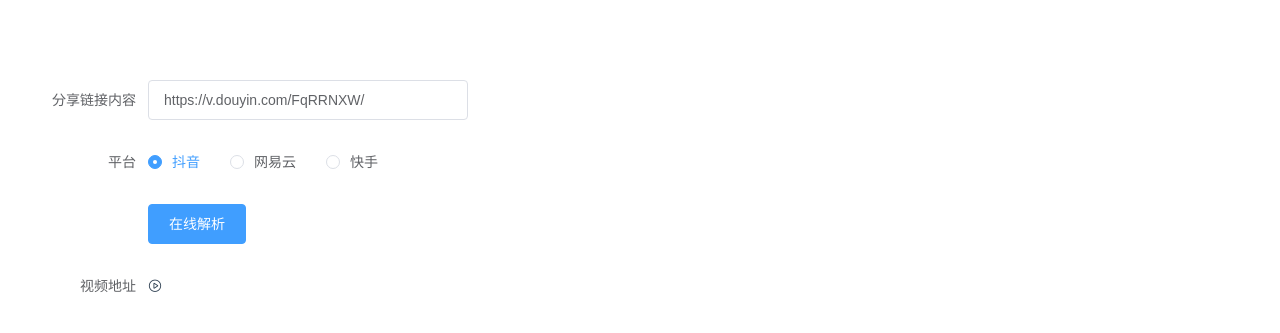
Repository: lyln/freepd
Page: / (app in frontend/freepd/)
An editor plug-in stored every save of this project. The page is shown before and after the next save, followed by the edit.
The browser window is 1280 px wide. The pictures show the whole page.
The project was rebuilt for these pictures with package versions that can differ from the ones it lists, and the page was loaded fresh each time.

Above is the page before, as saved 2022-05-23 08:57:20.

### frontend/freepd/index.html
<!DOCTYPE html>
<html>
  <head>
    <meta charset="utf-8">
    <meta name="viewport" content="width=device-width,initial-scale=1.0">
    <title>freepd</title>
  </head>
  <body>
    <div id="app"></div>
    <!-- built files will be auto injected -->
  </body>
</html>

### frontend/freepd/src/main.js
// The Vue build version to load with the `import` command
// (runtime-only or standalone) has been set in webpack.base.conf with an alias.
import Vue from 'vue'
import App from './App'
import router from './router'
import ElementUI from 'element-ui';
import 'element-ui/lib/theme-chalk/index.css';

Vue.config.productionTip = false
Vue.use(ElementUI)

/* eslint-disable no-new */
new Vue({
  el: '#app',
  router,
  components: { App },
  template: '<App/>'
})

### frontend/freepd/src/App.vue
<template>
	<div id="app">
		<router-view />
	</div>
</template>

<script>
export default {
	name: 'App',
}
</script>

<style>
#app {
	font-family: 'Avenir', Helvetica, Arial, sans-serif;
	-webkit-font-smoothing: antialiased;
	-moz-osx-font-smoothing: grayscale;
	text-align: center;
	color: #2c3e50;
	margin-top: 60px;
}
</style>

### frontend/freepd/src/components/HelloWorld.vue
<template>
	<el-container>
		<el-main style="wide: 80%">
			<el-row>
				<el-col :span="24">
					<div class="grid-content bg-purple-dark"></div>

					<el-form ref="form" :model="form" label-width="120px" class="fpd-form">
						<el-form-item label="分享链接内容">
							<el-input v-model="form.url"></el-input>
						</el-form-item>
						<el-form-item label="平台" label-width="120px">
							<el-radio-group v-model="form.type">
								<el-radio :label="1">抖音</el-radio>
								<el-radio :label="2">网易云</el-radio>
								<el-radio :label="3">快手</el-radio>
							</el-radio-group>
						</el-form-item>
						<el-form-item>
							<el-button type="primary" @click="onSubmit">在线解析</el-button>
						</el-form-item>
						<el-form-item label="视频地址">
							<i class="el-icon-video-play"></i> {{data.video.play }}
						</el-form-item>
					</el-form>

				</el-col>
			</el-row>
		</el-main>
	</el-container>

</template>
<script>
import axios from 'axios'
export default {
	name: 'HelloWorld',
	data() {
		return {
			msg: 'free parse download',
			form: {
				url: 'https://v.douyin.com/FqRRNXW/',
				type: 1,
			},
			data: {
				video: { play: '' },
			},
		}
	},
	methods: {
		onSubmit() {
			console.log('submit!')
			axios
				.post('http://127.0.0.1:8000/douyin', { url: this.form.url })
				.then((res) => {
					console.log(res.data)
					this.data = res.data
				})
				.catch((err) => {
					console.log('请求失败', err)
				})
		},
	},
}
</script>

<!-- Add "scoped" attribute to limit CSS to this component only -->
<style scoped>
h1,
h2 {
	font-weight: normal;
}
ul {
	list-style-type: none;
	padding: 0;
}
li {
	display: inline-block;
	margin: 0 10px;
}
a {
	color: #42b983;
}
.el-input {
	width: 320px;
}

.fpd-form {
	text-align: left;
}

.text {
	font-size: 14px;
}

.item {
	padding: 18px 0;
}

.box-card {
	width: 480px;
}
</style>

Loaded but not shown: frontend/freepd/src/router/index.js (common file)

After the next save:
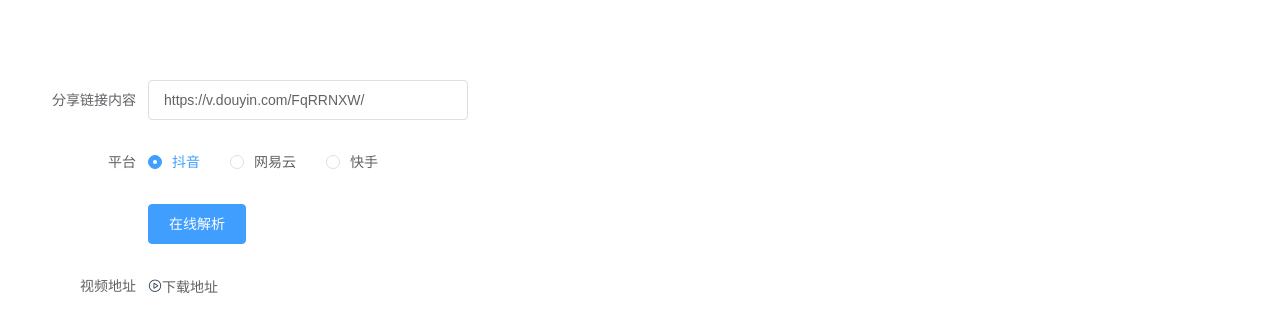
Saved 2 min 20 s later.
--- a/frontend/freepd/src/components/HelloWorld.vue
+++ b/frontend/freepd/src/components/HelloWorld.vue
@@ -20,7 +20,9 @@
 							<el-button type="primary" @click="onSubmit">在线解析</el-button>
 						</el-form-item>
 						<el-form-item label="视频地址">
-							<i class="el-icon-video-play"></i> {{data.video.play }}
+							<i class="el-icon-video-play"></i>
+							<el-link :href="data.video.play">下载地址</el-link>
+							<!-- {{data.video.play }} -->
 						</el-form-item>
 					</el-form>
 

After the 2 saves that followed:
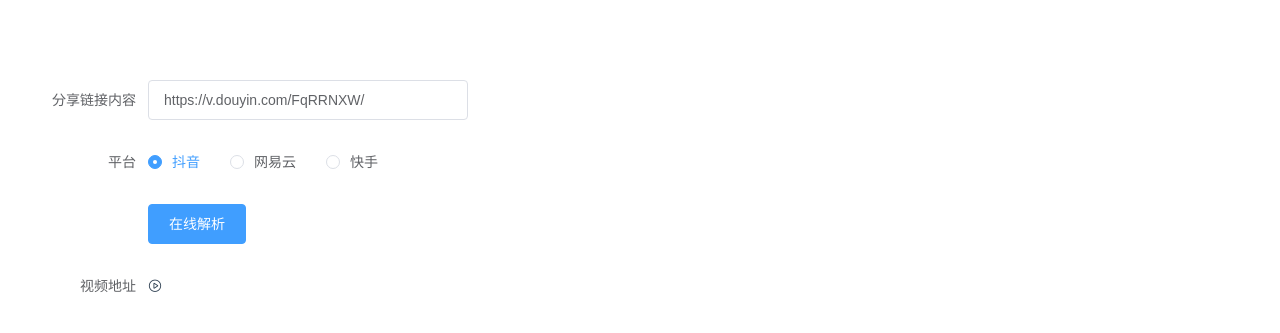
The 2 saves are shown as one change because 1 left the picture as it was.
The last was saved 2 min 30 s later.
--- a/frontend/freepd/src/components/HelloWorld.vue
+++ b/frontend/freepd/src/components/HelloWorld.vue
@@ -21,7 +21,7 @@
 						</el-form-item>
 						<el-form-item label="视频地址">
 							<i class="el-icon-video-play"></i>
-							<el-link :href="data.video.play">下载地址</el-link>
+							<el-link :href="data.video.play">{{ data.title }}</el-link>
 							<!-- {{data.video.play }} -->
 						</el-form-item>
 					</el-form>
@@ -45,6 +45,7 @@
 			},
 			data: {
 				video: { play: '' },
+				title: '',
 			},
 		}
 	},
